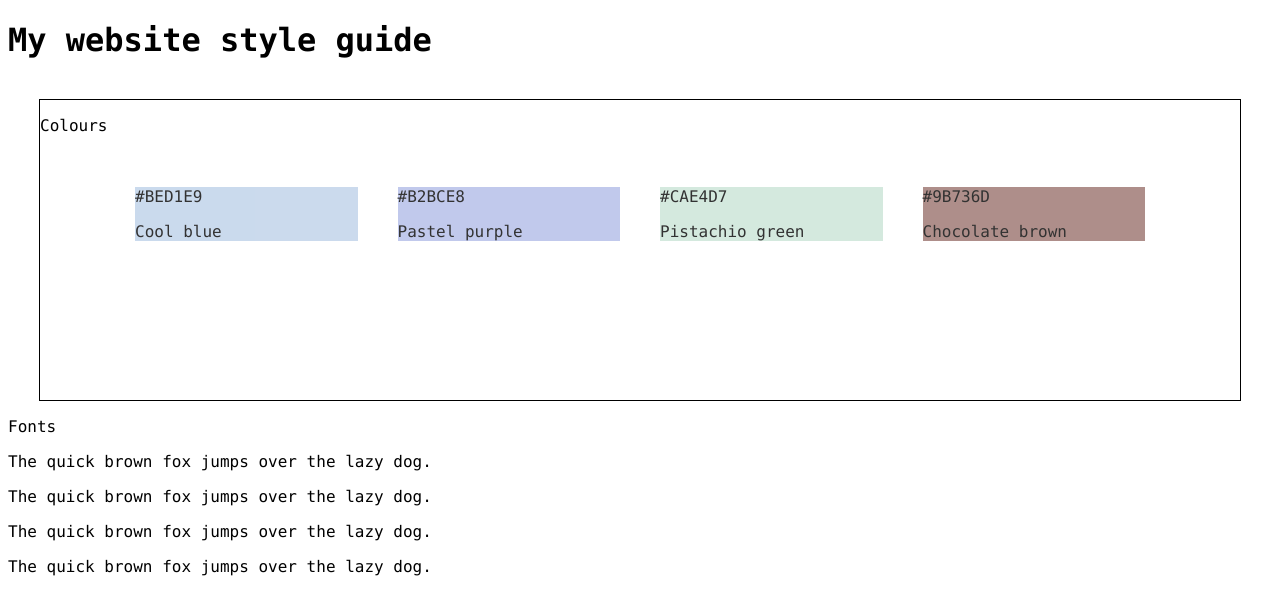
Repository: nazaninrizvi/codecademy
Page: Javascript/website-design-system/index.html
These files come from the project's save history. The page is drawn as it stood at one moment and after a run of saves; the edit follows.
The browser window is 1280 px wide. The pictures show the whole page.

Above is the page before, as saved 2021-11-26 14:29:34.

### Javascript/website-design-system/index.html
<!DOCTYPE html>
<html>
    <head>
        <title>My website style guide</title>
        <link rel="stylesheet" href="styles.css" type="text/css" />
    </head>
    <body>
        <h1>My website style guide</h1>
        <div id="colors">
            <div class="colors-container">
                <p>Colours</p>
                <div class="colcontainer">
                    <div class="cols"><div id="coolblue">
                        <p>#BED1E9</p>
                        <p>Cool blue</p>
                    </div></div>

                    <div class="cols"><div id="pastelPurple">
                        <p>#B2BCE8</p>
                        <p>Pastel purple</p>
                    </div></div>

                    <div class="cols"><div id="pistachio">
                        <p>#CAE4D7</p>
                        <p>Pistachio green</p>
                    </div></div>

                    <div class="cols"><div id="brown">
                        <p>#9B736D</p>
                        <p>Chocolate brown</p>
                    </div></div>
                </div>
            </div>
        </div>
        <div id="fonts">
           <p>Fonts</p>
           <div class="fontcontainer">
               <div class='font'>
                <p>The quick brown fox jumps over the lazy dog.</p>
                <p>The quick brown fox jumps over the lazy dog.</p>
                <p>The quick brown fox jumps over the lazy dog.</p>The quick brown fox jumps over the lazy dog.


               </div>
           </div>
        </div>
    </body>
</html>

### Javascript/website-design-system/styles.css
*{
    font-family: "Lucida Console", Courier, monospace;
}

.colors-container{
    height: 300px;
    max-width: 1200px;
    margin: 40px auto auto auto;
    border: 1px solid black;
  }

  .colcontainer{
    max-width: 1050px;
    margin: 15px auto auto auto;
    display: flex;
    justify-content: space-between;
  }

  .cols{
    height: 300px;
    padding: 20px;
    margin-bottom: auto;
    flex-basis: 30%;
    box-sizing: border-box;
    opacity: 0.8;
  }

#coolblue{
    background-color: #bed1e9;
  }

#pastelPurple{
    background-color: #B2BCE8;
}

#pistachio{
    background-color: #CAE4D7;
}

#brown{
    background-color: #9B736D;
}

After the next 2 saves:
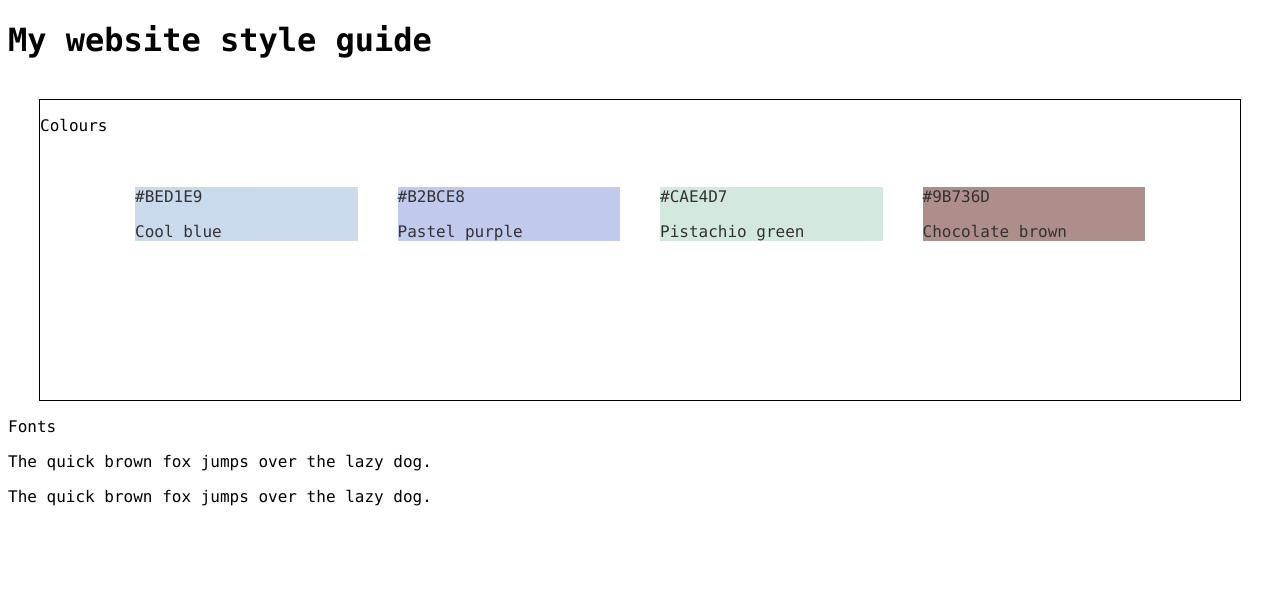
The 2 saves are shown as one change because they came seconds apart.
The last was saved 13 s later.
--- a/Javascript/website-design-system/index.html
+++ b/Javascript/website-design-system/index.html
@@ -38,10 +38,7 @@
                <div class='font'>
                 <p>The quick brown fox jumps over the lazy dog.</p>
                 <p>The quick brown fox jumps over the lazy dog.</p>
-                <p>The quick brown fox jumps over the lazy dog.</p>The quick brown fox jumps over the lazy dog.
-
-
-               </div>
+                        </div>
            </div>
         </div>
     </body>
